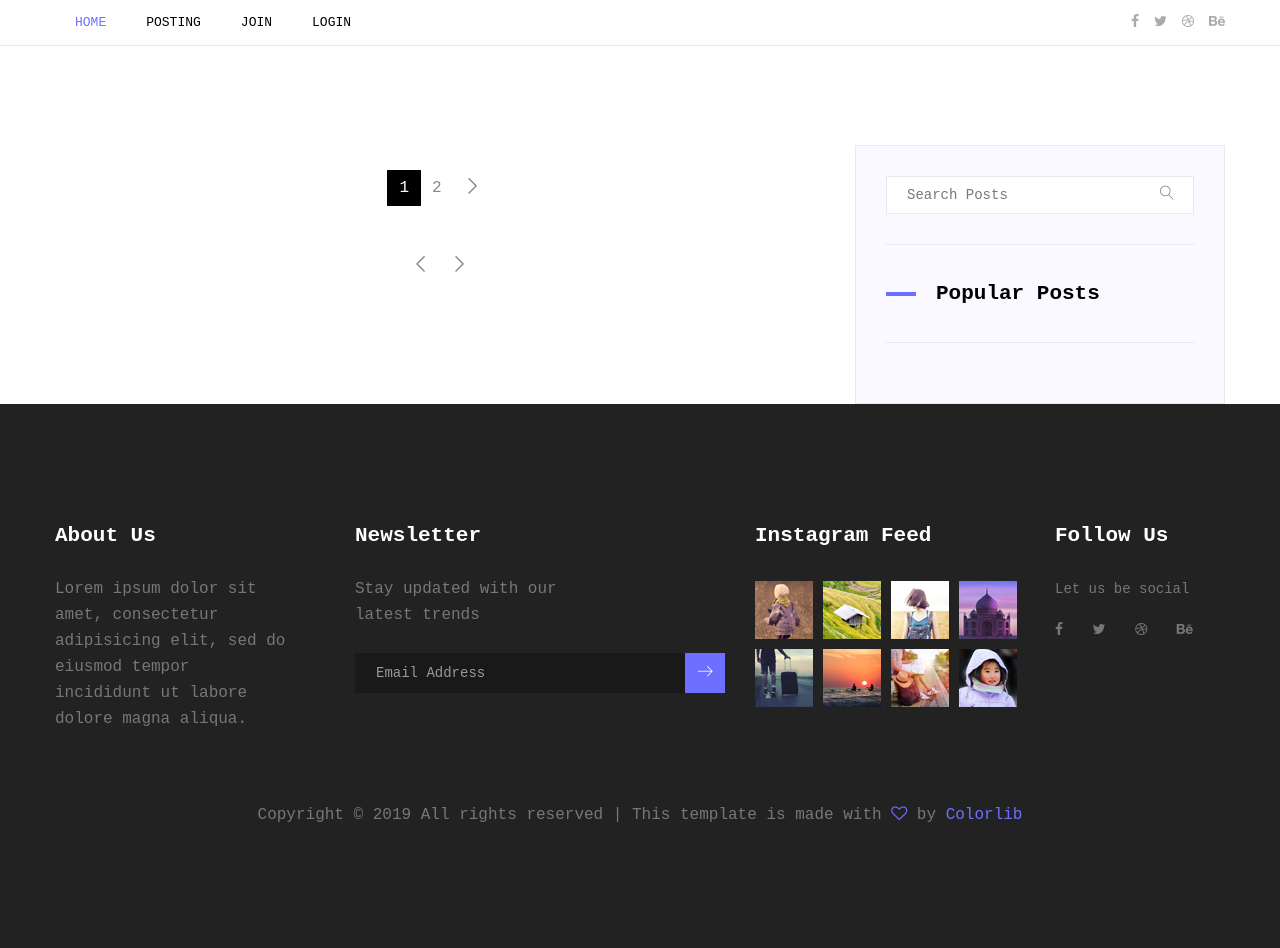
Repository: heonyKim/JSP
Page: http://localhost/blog/board?cmd=list&page=1
The author's editor kept a copy of each file at every save. The page is drawn from the files as they stood at one save, then again after the next save.
The browser window is 1280 px wide. The pictures show the whole page.
Some web fonts or font styles are not loaded; a fallback is used. The page is served by Tomcat 9. Queries for data that is not in the repository find no rows.

Above is the page before, as saved 2019-11-01 01:46:51.

After the next save:
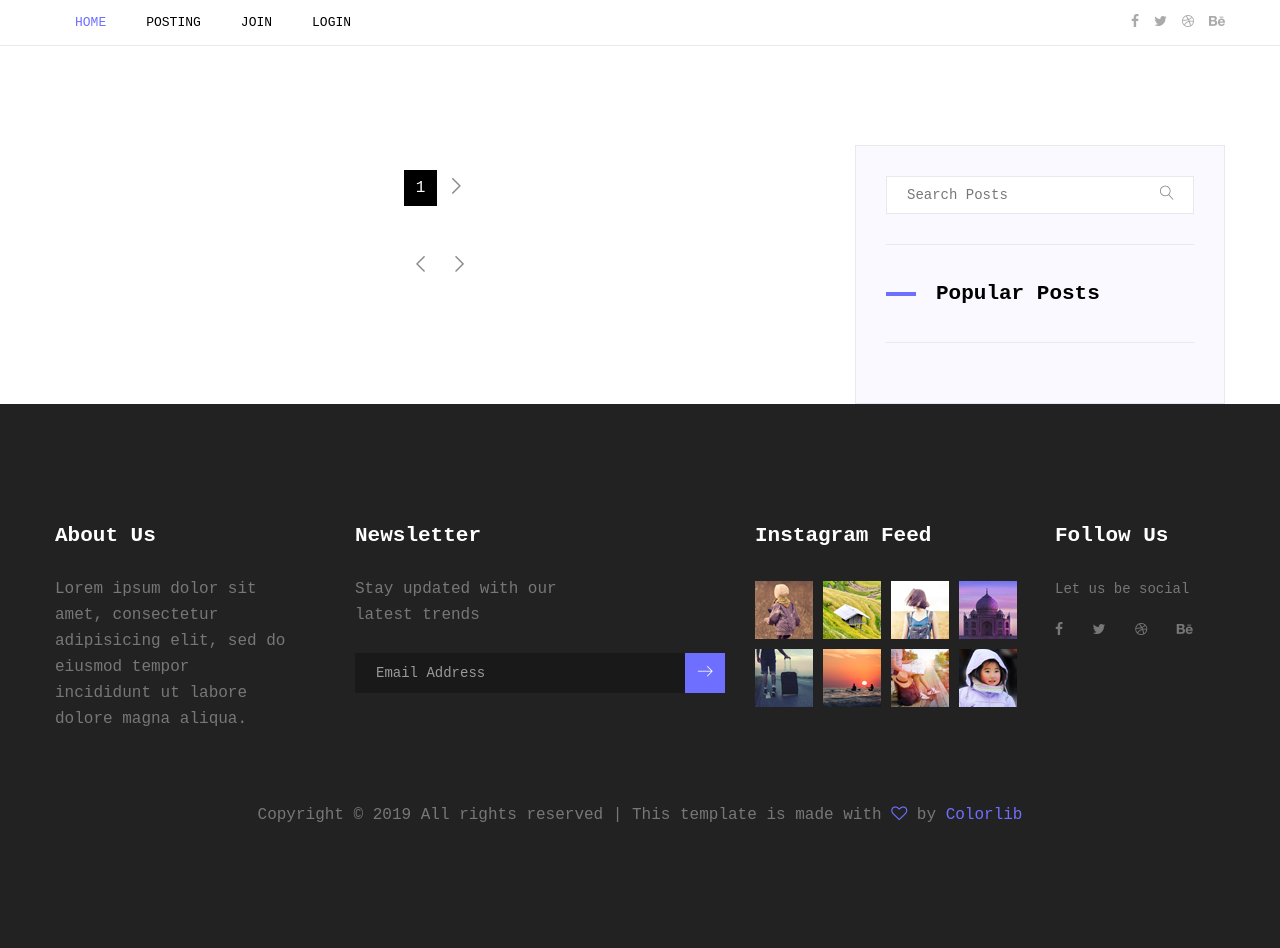
Saved 2 min 18 s later.
--- a/blog_project/blog/WebContent/board/list.jsp
+++ b/blog_project/blog/WebContent/board/list.jsp
@@ -31,9 +31,9 @@
 
 							<li class="page-item active"><a href="#" class="page-link">${param.page}</a></li>
 
-
+							<c:if test="${param.page lt pageMax}">
 							<li class="page-item"><a href="#" class="page-link">${param.page+1}</a></li>
-
+							</c:if>
 
 							<li class="page-item"><a href="/blog/board?cmd=list&page=${param.page+1}" class="page-link" aria-label="Next"> <span aria-hidden="true"> <span class="lnr lnr-chevron-right"></span>
 								</span>
